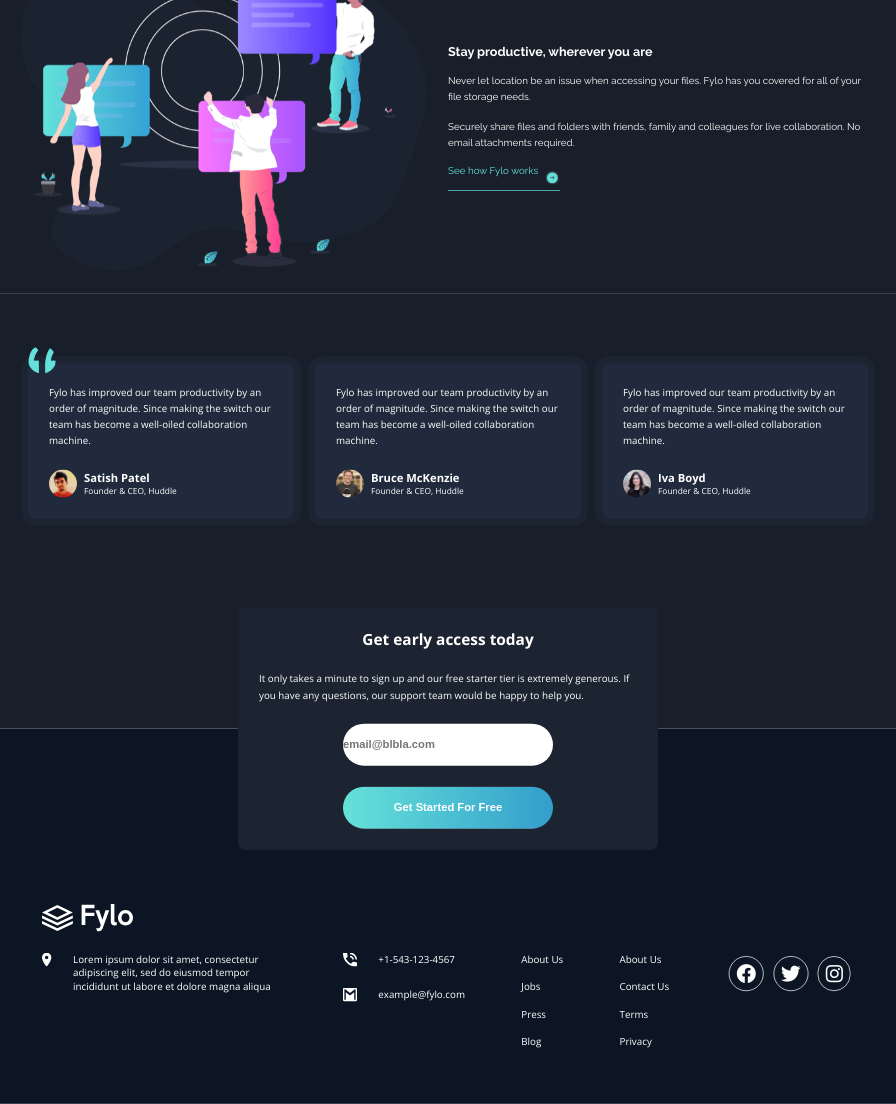
Repository: tomas938/fylo-dark-theme-landing-page-master
Page: index.html
These files come from the project's save history. The page is drawn as it stood at one moment and after the next save; the edit follows.
The browser window is 1280 px wide. The pictures show the part of the page from y = 1517 to 3437 px (the page is 3094 px tall before and 3437 px after), at 70% of full size.
Some web libraries are served in a nearby version. The style sheet was rebuilt from its Sass, Less or Tailwind sources for each picture, by a compiler version that may differ from the author's.

Above is the page before, as saved 2021-08-05 19:45:40.

After the next save:
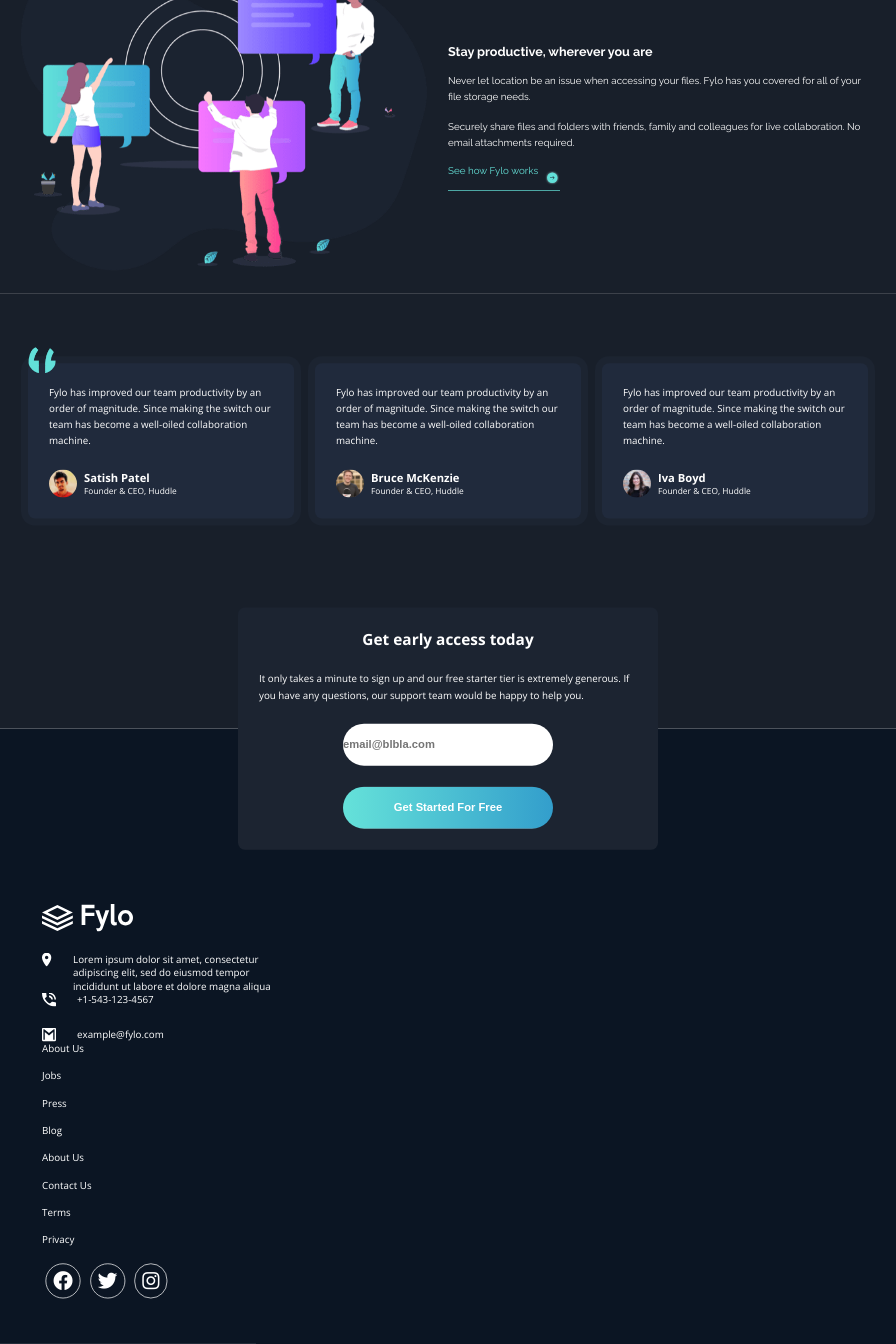
Saved 26 s later.
--- a/scss/_partials/_footer.scss
+++ b/scss/_partials/_footer.scss
@@ -92,8 +92,7 @@ footer {
 		display: flex;
 		justify-content: space-between;
 		@media only screen and (min-width: 1100px) {
-			display: flex;
-			flex-direction: row;
+			display: block;
 		}
 	}
 	.right-links,
